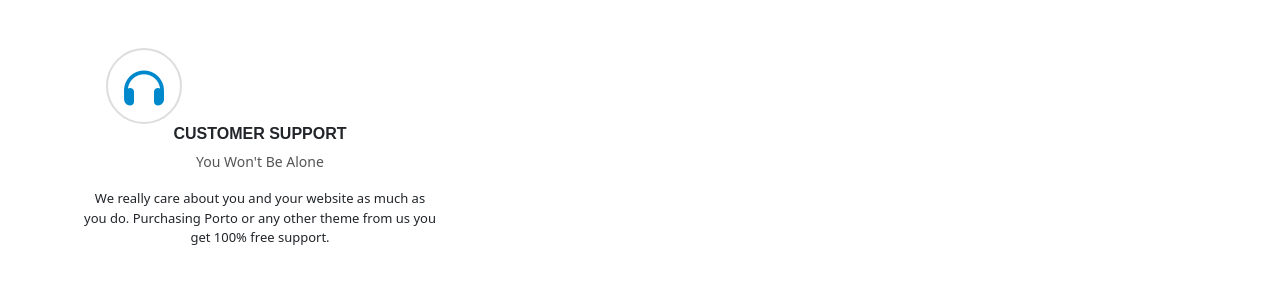
Repository: NguyenDo13/BE2-NhomH
Page: module-9/index/index.html
The author's editor kept a copy of each file at every save. The page is drawn from the files as they stood at one save, then again after the next save.
The browser window is 1280 px wide. The pictures show the whole page.

Above is the page before, as saved 2022-05-15 11:54:46.

### module-9/index/index.html
<!DOCTYPE html>
<html lang="en">

<head>
    <meta charset="UTF-8" />
    <meta http-equiv="X-UA-Compatible" content="IE=edge" />
    <meta name="viewport" content="width=device-width, initial-scale=1.0" />
    <link rel="stylesheet" href="public/css/style.css" />
    <link rel="stylesheet" href="public/css/bootstrap.min.css" />
    <link rel="stylesheet" href="https://cdnjs.cloudflare.com/ajax/libs/font-awesome/6.0.0/css/all.min.css" />
    <title>Document</title>
</head>

<body>
    <div class="pt-5 pb-4">
        <!-- chia hàng -->
        <div class="container">
            <div class="row">
                <!-- chia cột -->
                <div class="vc_column_container col-md-4">
                    <div class="portoContainer vc_column-inner">
                        <div class="portoTop px-4 style_1 top-icon">
                            <div class="porto-siscon-top">
                                <div class="portoTopicon" style="text-align: center;">
                                    <div class="porto-icon advanced">
                                        <i class="fa-solid fa-headphones"></i>
                                    </div>
                                </div>
                            </div>
                        </div>
                        <div class="portoheader">
                            <h3 class="porto-sicon-title" style="font-weight: 700; font-size: 16px;">CUSTOMER SUPPORT</h3>
                            <p style="font-weight: 500; font-size: 14px; line-height: 22px; color: #555555;">You Won't Be Alone</p>
                        </div>
                        <div class="portodescription" style="font-size: 13px">
                            We really care about you and your website as much as you do. Purchasing Porto or any other theme from us you get 100% free support.
                        </div>
                    </div>
                </div>
            </div>
        </div>
    </div>
</body>

</html>

### module-9/index/public/css/style.css
body {
    font-size: 13px;
    line-height: 22px;
    font-family: 'Open Sans', sans-serif;
    background: #fff;
}

.portoTotal {}

.container {}

.row {
    display: flex;
    flex-wrap: wrap;
}

.vc_column_container {}

.portoContainer {}

.portotop {}

.portoTopicon {}

.porto-icon {
    color: #0088cc;
    background: transparent;
    border-style: solid;
    border-color: #dddddd;
    border-width: 2px;
    width: 76px;
    height: 76px;
    line-height: 76px;
    border-radius: 40px;
    font-size: 40px;
}

.portoheader {
    text-align: center;
}

.portodescription {
    text-align: center;
}

.porto-siscon-top {
    text-align: center;
}

h3 {
    font-family: Poppins, sans-serif;
    font-weight: 700;
    font-size: 14px;
    line-height: 32px;
    color: #222529;
    margin: 0 0 20px 0;
}

Loaded but not shown: module-9/index/public/css/bootstrap.min.css (library)

After the next save:
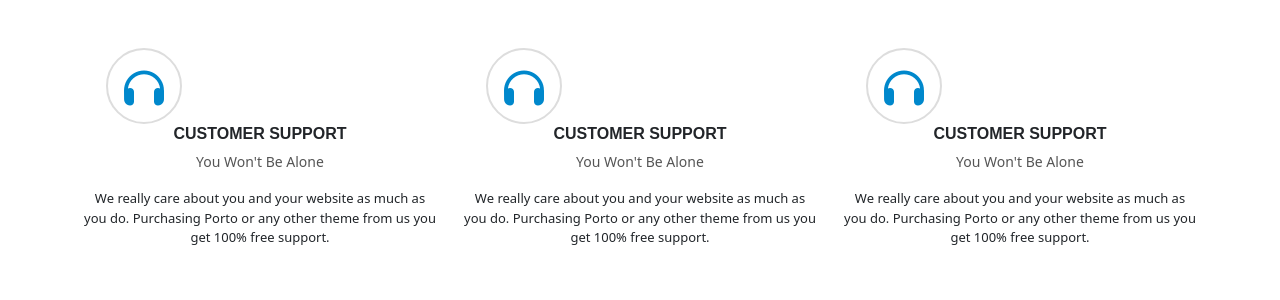
Saved 16 s later.
--- a/module-9/index/index.html
+++ b/module-9/index/index.html
@@ -37,6 +37,46 @@
                         </div>
                     </div>
                 </div>
+                <div class="vc_column_container col-md-4">
+                    <div class="portoContainer vc_column-inner">
+                        <div class="portoTop px-4 style_1 top-icon">
+                            <div class="porto-siscon-top">
+                                <div class="portoTopicon" style="text-align: center;">
+                                    <div class="porto-icon advanced">
+                                        <i class="fa-solid fa-headphones"></i>
+                                    </div>
+                                </div>
+                            </div>
+                        </div>
+                        <div class="portoheader">
+                            <h3 class="porto-sicon-title" style="font-weight: 700; font-size: 16px;">CUSTOMER SUPPORT</h3>
+                            <p style="font-weight: 500; font-size: 14px; line-height: 22px; color: #555555;">You Won't Be Alone</p>
+                        </div>
+                        <div class="portodescription" style="font-size: 13px">
+                            We really care about you and your website as much as you do. Purchasing Porto or any other theme from us you get 100% free support.
+                        </div>
+                    </div>
+                </div>
+                <div class="vc_column_container col-md-4">
+                    <div class="portoContainer vc_column-inner">
+                        <div class="portoTop px-4 style_1 top-icon">
+                            <div class="porto-siscon-top">
+                                <div class="portoTopicon" style="text-align: center;">
+                                    <div class="porto-icon advanced">
+                                        <i class="fa-solid fa-headphones"></i>
+                                    </div>
+                                </div>
+                            </div>
+                        </div>
+                        <div class="portoheader">
+                            <h3 class="porto-sicon-title" style="font-weight: 700; font-size: 16px;">CUSTOMER SUPPORT</h3>
+                            <p style="font-weight: 500; font-size: 14px; line-height: 22px; color: #555555;">You Won't Be Alone</p>
+                        </div>
+                        <div class="portodescription" style="font-size: 13px">
+                            We really care about you and your website as much as you do. Purchasing Porto or any other theme from us you get 100% free support.
+                        </div>
+                    </div>
+                </div>
             </div>
         </div>
     </div>
